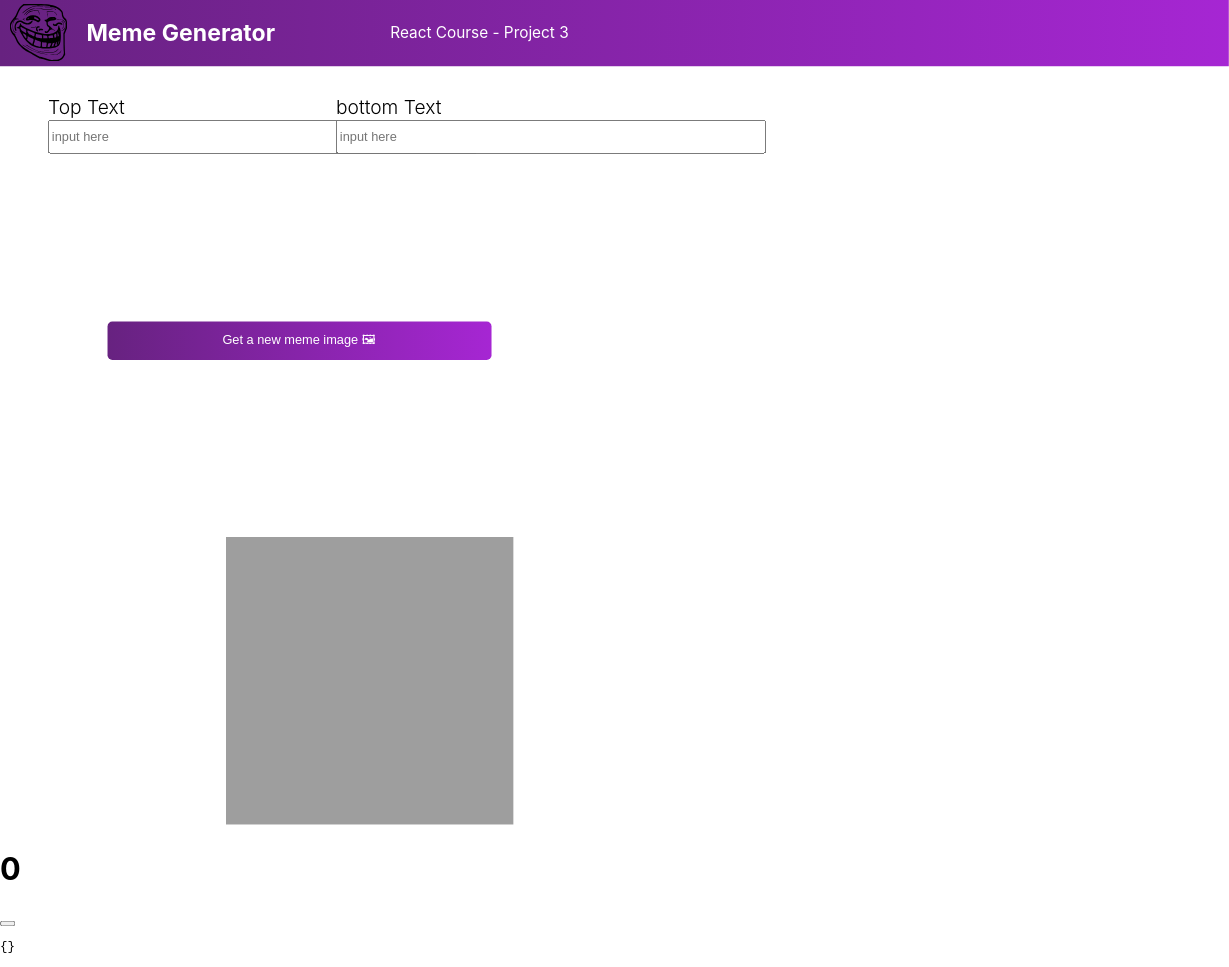
Repository: mortiestmorty1/meme-generator-react
Page: /
An editor plug-in stored every save of this project. The page is shown before and after the next save, followed by the edit.
The browser window is 1280 px wide. The pictures show the whole page, at 96% of full size.
Pictures or frames that could not be fetched are drawn as grey boxes. The page's requests for data from a server got no answer. The project was rebuilt for these pictures with package versions that can differ from the ones it lists, and the page was loaded fresh each time. No one was signed in, and anything a server would have sent is missing. Also part of the build but not shown: src/components/box.js.

Above is the page before, as saved 2024-01-21 17:25:38.

After the next save:
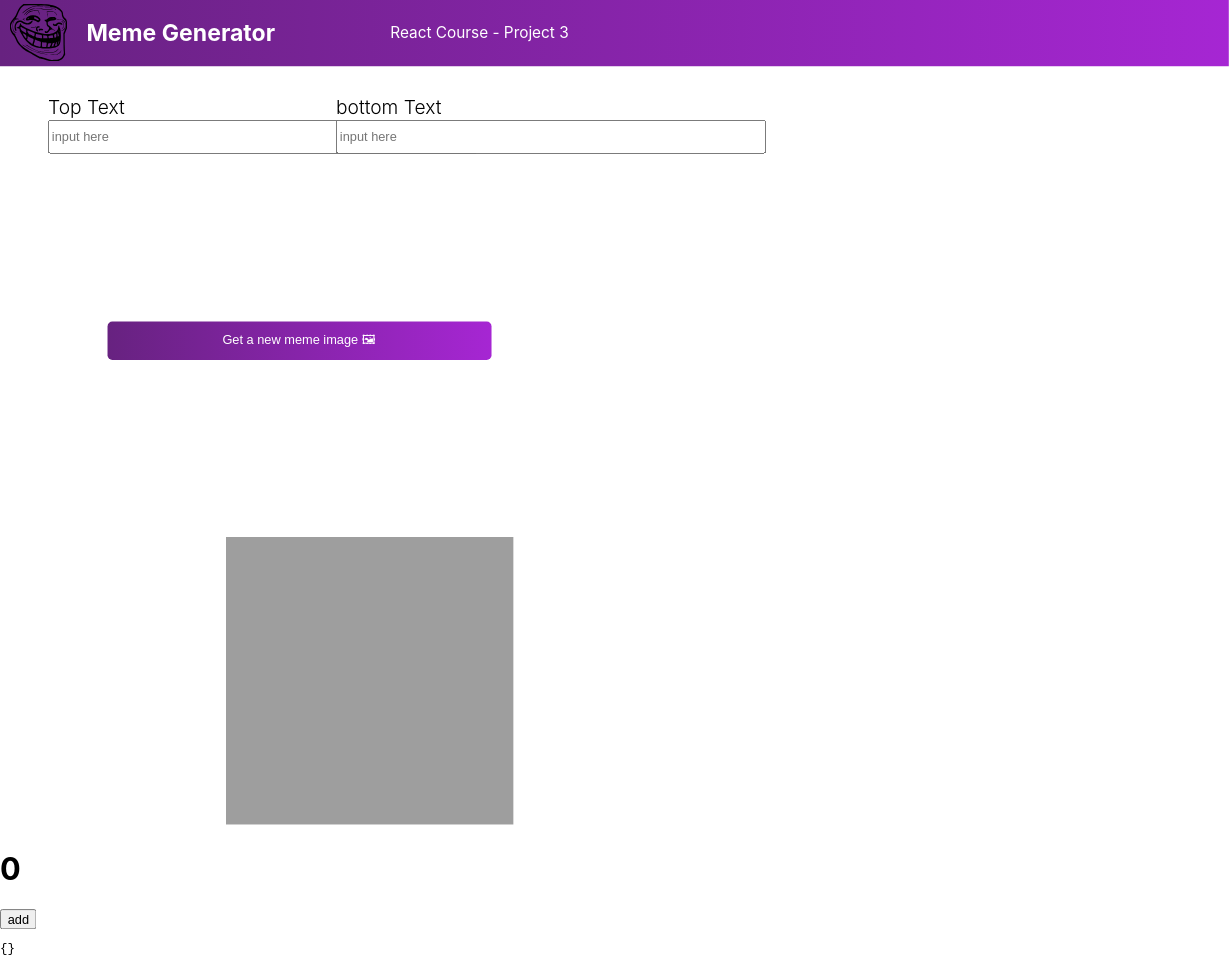
Saved 5 s later.
--- a/src/App.js
+++ b/src/App.js
@@ -26,7 +26,7 @@ function App(props) {
       <Navbar />
       <Inputs />
       <h1>{count}</h1>
-      <button onClick={()=> setCount(prevCount => prevCount+1)} ></button>
+      <button onClick={()=> setCount(prevCount => prevCount+1)} >add</button>
       <pre>{JSON.stringify(starWars,null,2)}</pre>
     </div>
   );
